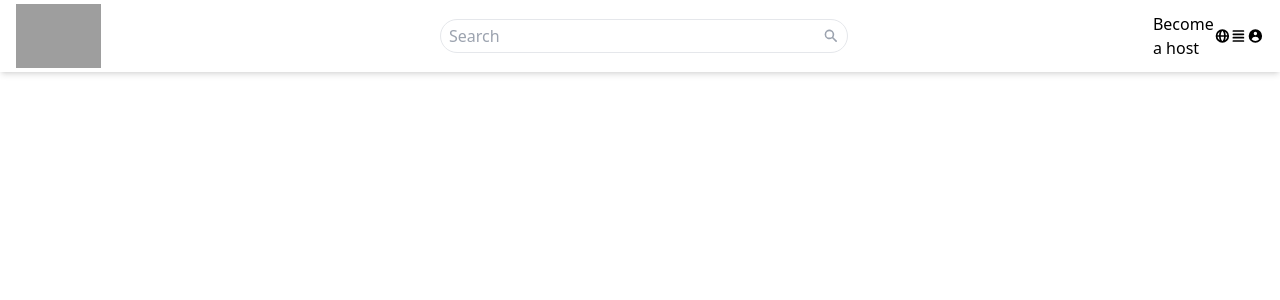
Repository: BroDudeeee/Airbnb-Clone
Page: /
The author's editor kept a copy of each file at every save. The page is drawn from the files as they stood at one save, then again after the next save.
The browser window is 1280 px wide. The pictures show the whole page.
Pictures or frames that could not be fetched are drawn as grey boxes. The project was rebuilt for these pictures with package versions that can differ from the ones it lists, and the page was loaded fresh each time. The framework's server and built-in components were replaced by stand-ins that run in the browser. Also part of the build but not shown: next.config.js.

Above is the page before, as saved 2022-06-20 20:53:51.

After the next save:
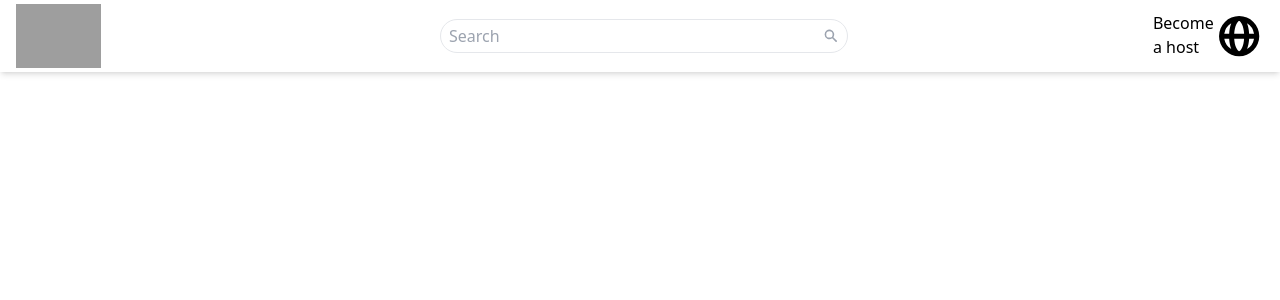
Saved 11 s later.
--- a/components/Header.js
+++ b/components/Header.js
@@ -31,11 +31,11 @@ const Header = () => {
         <div className='flex'>
           <p>Become a host</p>
           <GlobeAltIcon />
-          <ViewListIcon />
-          <UserCircleIcon />
+
         </div>
         <div>
-
+        <ViewListIcon />
+          <UserCircleIcon />
         </div>
       </div>
     </header>
